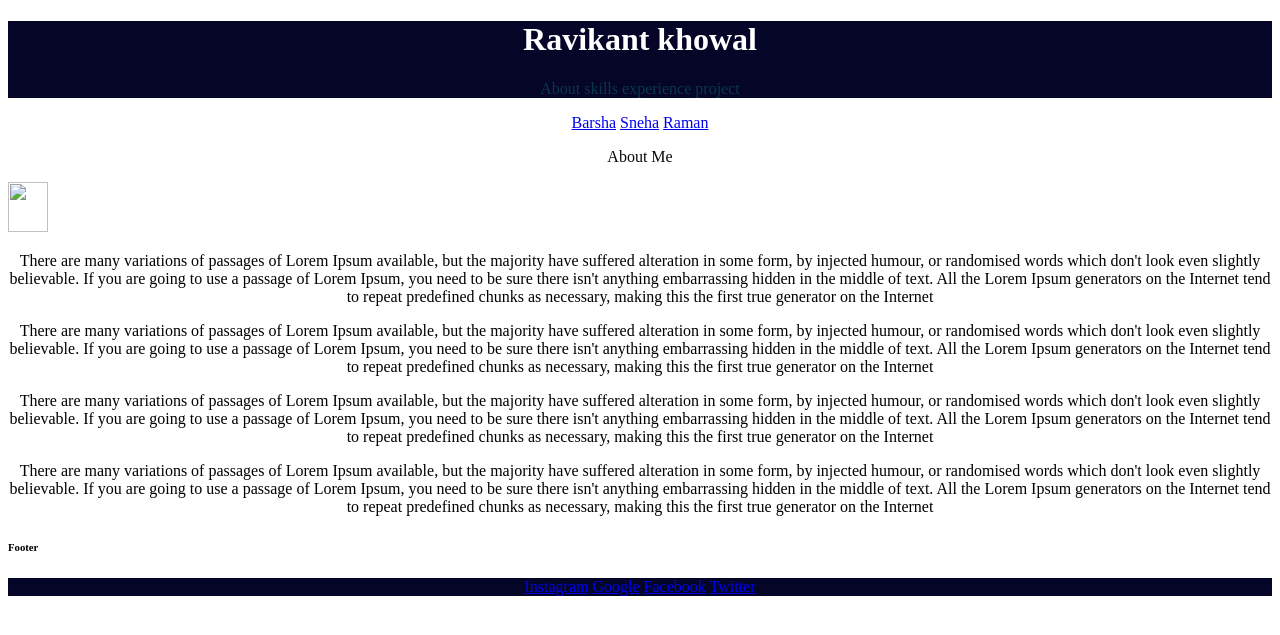
Repository: nir-github01/Html
Page: assign1.html
The author's editor kept a copy of each file at every save. The page is drawn from the files as they stood at one save, then again after the next save.
The browser window is 1280 px wide. The pictures show the whole page.

Above is the page before, as saved 2022-09-19 20:06:34.

After the next save:
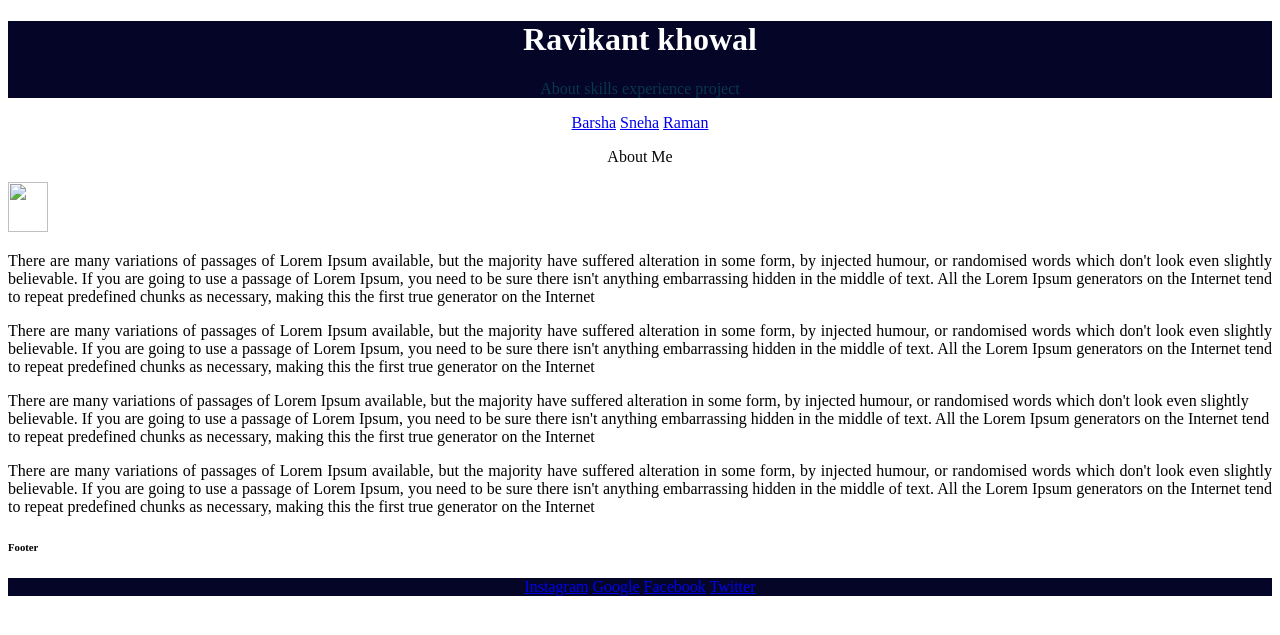
Saved 83 s later.
--- a/assign1.html
+++ b/assign1.html
@@ -65,7 +65,7 @@
     <main>
         <img src="#" class="image">
         <div class="body-text">
-            <p style="text-align:center">There are many variations of passages of Lorem Ipsum available, but the majority have
+            <p style="text-align:justify">There are many variations of passages of Lorem Ipsum available, but the majority have
                 suffered alteration in some form, by injected humour, or randomised words which don't
                  look even slightly believable. If you are going to use a passage of Lorem Ipsum, you need
                  to be sure there isn't anything embarrassing hidden in the middle of text. All the Lorem
@@ -75,7 +75,7 @@
 
         </div>
         <div class="skills">
-            <p style="text-align:center">There are many variations of passages of Lorem Ipsum available, but the majority have
+            <p style="text-align:justify">There are many variations of passages of Lorem Ipsum available, but the majority have
                 suffered alteration in some form, by injected humour, or randomised words which don't
                  look even slightly believable. If you are going to use a passage of Lorem Ipsum, you need
                  to be sure there isn't anything embarrassing hidden in the middle of text. All the Lorem
@@ -84,7 +84,7 @@
                  Internet</p>
         </div>
         <div class="qualif">
-            <p style="text-align:center">There are many variations of passages of Lorem Ipsum available, but the majority have
+            <p style="text-align:justifyr">There are many variations of passages of Lorem Ipsum available, but the majority have
                 suffered alteration in some form, by injected humour, or randomised words which don't
                  look even slightly believable. If you are going to use a passage of Lorem Ipsum, you need
                  to be sure there isn't anything embarrassing hidden in the middle of text. All the Lorem
@@ -93,7 +93,7 @@
                  Internet</p>
         </div>
         <div class="projects">
-            <p style="text-align:center">There are many variations of passages of Lorem Ipsum available, but the majority have
+            <p style="text-align:justify">There are many variations of passages of Lorem Ipsum available, but the majority have
                 suffered alteration in some form, by injected humour, or randomised words which don't
                  look even slightly believable. If you are going to use a passage of Lorem Ipsum, you need
                  to be sure there isn't anything embarrassing hidden in the middle of text. All the Lorem
@@ -104,7 +104,7 @@
     </main>
     <footer>
         <h6>Footer</h6>
-        <div class="footer">
+        <div class="footer" style="text-align: center">
            <a href="#">Instagram</a>
            <a href="#">Google</a>
            <a href="#">Facebook</a>
